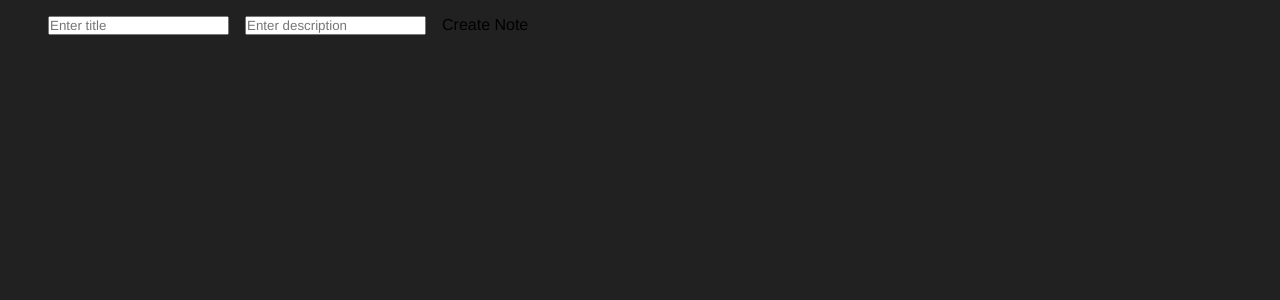
Repository: nileshwankhede03/The-Origin-Backend
Page: / (app in Fullstack/Frontend/FrontEnd/)
The author's editor kept a copy of each file at every save. The page is drawn from the files as they stood at one save, then again after the next save.
The browser window is 1280 px wide. The pictures show the whole page.
The page's requests for data from a server got no answer. The project was rebuilt for these pictures with package versions that can differ from the ones it lists, and the page was loaded fresh each time. No one was signed in, and anything a server would have sent is missing. Also part of the build but not shown: Fullstack/Frontend/FrontEnd/vite.config.js.

Above is the page before, as saved 2026-02-03 07:48:53.

After the next save:
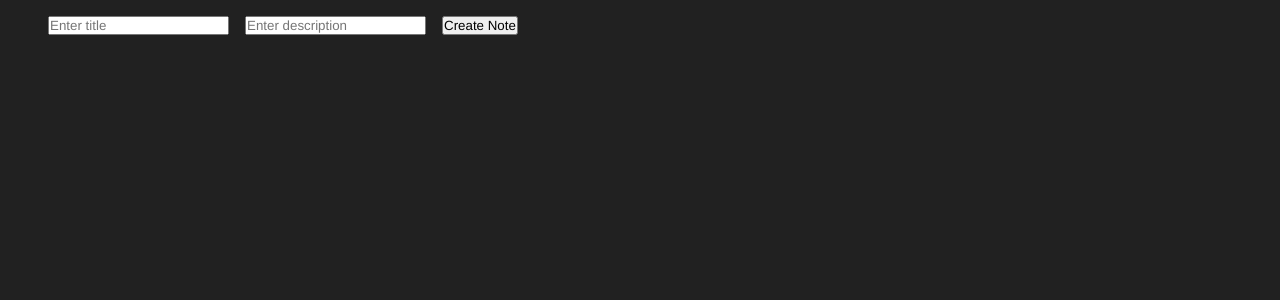
Saved 100 s later.
--- a/Fullstack/Frontend/FrontEnd/src/App.jsx
+++ b/Fullstack/Frontend/FrontEnd/src/App.jsx
@@ -93,7 +93,7 @@ const App = () => {
       <form className='note-create-form' onSubmit={handleSubmit} >
         <input name='title' type="text" placeholder='Enter title' value={formData.title || ""} onChange={handleChange} />
         <input name='description' type="text" placeholder='Enter description' value={formData.description || ""} onChange={handleChange} />
-        {editId ? "Update Note" : "Create Note"}
+        <button>{editId ? "Update Note" : "Create Note"}</button>
       </form>
 
       <div className="notes">
